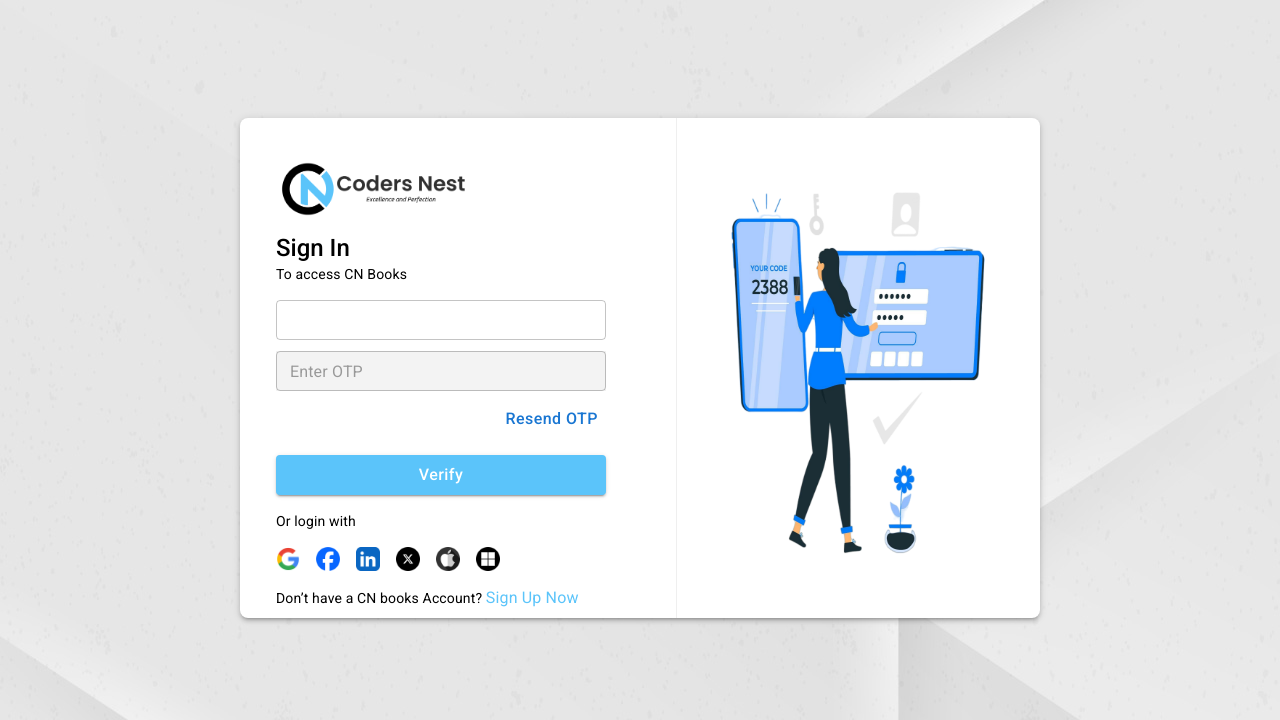
Repository: wajahadalishaik04/CN_Books
Page: /otpscreen
These files come from the project's save history. The page is drawn as it stood at one moment and after the next save; the edit follows.
The browser window is 1280 px wide. The pictures show the whole page.
The project was rebuilt for these pictures with package versions that can differ from the ones it lists, and the page was loaded fresh each time. Also part of the build but not shown: vite.config.js, src/pages/LoginScreen.jsx, src/pages/Signin.jsx, src/pages/SignUp.jsx, src/pages/VerifyScreen.jsx, src/components/Header.jsx, src/components/SideBar.jsx, src/components/Content.jsx and 7 more.

Above is the page before, as saved 2024-09-30 18:10:56.

### index.html
<!DOCTYPE html>
<html lang="en">
  <head>
    <meta charset="UTF-8" />
    <link rel="preconnect" href="https://fonts.googleapis.com" />
    <link rel="preconnect" href="https://fonts.gstatic.com" crossorigin />
    <link
      rel="stylesheet"
      href="https://fonts.googleapis.com/css2?family=Roboto:wght@300;400;500;700&display=swap"
    />

    <meta name="viewport" content="width=device-width, initial-scale=1.0" />
    <title>CN_BOOKS</title>
  </head>
  <body>

    <div id="root"></div>
    <script type="module" src="/src/main.jsx"></script>
  </body>
</html>

### src/main.jsx
import { createRoot } from 'react-dom/client'
import App from './App.jsx'
import { Provider } from 'react-redux'
import store from './store/store.js'
import './styles/index.css'
createRoot(document.getElementById('root')).render(
 <Provider store={store}>
   <App />
 </Provider>
)

### src/App.jsx
import React from "react";
import LoginScreen from "./pages/LoginScreen";
import { BrowserRouter, Routes, Route, Navigate } from "react-router-dom";
import Signin from "./pages/Signin";
import { useSelector } from "react-redux";
import OtpScreen from "./pages/OtpScreen";
import SignUp from "./pages/SignUp";
import VerifyScreen from "./pages/VerifyScreen";
import DashboardScreen from "./pages/DashboardScreen";
import SideBar from "./components/SideBar";
import Header from "./components/Header";
import Customer from "./pages/Customer";
import WrapComponent from "./pages/WrapComponent";
import Category from "./pages/Category";
import NewCustomer from "./pages/customerscreens/NewCustomer";

const App = () => {
  const { user } = useSelector((e) => e.userReducer);
  return (
    <>
      <BrowserRouter>
        <Routes>
          <Route element={<WrapComponent />}>
            <Route path="/dashboardscreen" element={<DashboardScreen />} />
            <Route path="/customer" element={<Customer />} />
            <Route path="/category" element={<Category />} />
            <Route path="/newcustomer" element={<NewCustomer />} />

          </Route>
          <Route
            path="/"
            element={<Navigate to={user ? "/signin" : "/LoginScreen"} />}
          />
          <Route
            path="/signin"
            element={user ? <Navigate to={"/dashboardscreen"} /> : <Signin />}
          />
          <Route path="/loginscreen" element={<LoginScreen />} />
          <Route path="/otpscreen" element={<OtpScreen />} />
          <Route path="/signup" element={<SignUp />} />
          <Route path="/verifyscreen" element={<VerifyScreen />} />
        </Routes>
      </BrowserRouter>
    </>
  );
};

export default App;

### src/store/store.js
import { configureStore } from "@reduxjs/toolkit";
import { userReducer } from "./reducer";

const store = configureStore({
    reducer:{userReducer}
})
export default store;

### src/styles/index.css
*
{
    margin: 0;
    padding: 0;
    border: none;

}
.img
{
    background-color: red;
    background-clip: content-box;
    -webkit-background-clip: content-box;
    visibility: hidden;
}

### src/pages/OtpScreen.jsx
import React, { useState, useEffect } from "react";
import {
  Box,
  Button,
  TextField,
  Typography,
  Snackbar,
  Alert,
  styled,
} from "@mui/material";
import { images } from "../utils/ImgUtils";
import { Link, useLocation, useNavigate } from "react-router-dom";

const OtpScreen = () => {
  const [otp, setOtp] = useState(""); // Store entered OTP
  const [sentOtp, setSentOtp] = useState(""); // Store generated OTP
  const [error, setError] = useState(""); // Store error messages
  const [resendDisabled, setResendDisabled] = useState(false); // Timer control for Resend OTP button
  const [snackbarOpen, setSnackbarOpen] = useState(false); // Snackbar control
  const [snackbarMessage, setSnackbarMessage] = useState(""); // Snackbar message
  const [successSnackbarOpen, setSuccessSnackbarOpen] = useState(false); // Success Snackbar
  const [timer, setTimer] = useState(0); // Timer state for Resend button

  const navigate = useNavigate();
  const location = useLocation();
  const { emailMobile } = location.state || {};

  // Styled Resend Button
  const ResendOtp = styled(Button)({
    textTransform: "none",
    fontSize: "1rem",
  });

  // Function to generate OTP
  const generateOtp = () => {
    const randomOtp = Math.floor(100000 + Math.random() * 900000).toString(); // Generate a 6-digit OTP
    setSentOtp(randomOtp); // Store the OTP
    return randomOtp;
  };

  // Function to show snackbar
  const handleSnackbarOpen = (message) => {
    setSnackbarMessage(message);
    setSnackbarOpen(true);
  };

  const handleSnackbarClose = () => {
    setSnackbarOpen(false);
  };

  const handleSuccessSnackbarClose = () => {
    setSuccessSnackbarOpen(false);
  };

  // Function to send OTP (called on "Sent" button click)
  const sendOtp = () => {
    const otp = generateOtp(); // Generate OTP locally
    handleSnackbarOpen(`OTP: ${otp}`); // Show OTP in snackbar
  };

  // Resend OTP with 30-second timer
  const handleResendOtp = () => {
    sendOtp(); // Generate and display the OTP
    setResendDisabled(true);
    setTimer(30); // Set the countdown timer to 30 seconds
  };

  // Timer countdown for the Resend button
  useEffect(() => {
    if (timer > 0) {
      const countdown = setInterval(() => {
        setTimer((prev) => prev - 1);
      }, 1000);

      return () => clearInterval(countdown);
    } else {
      setResendDisabled(false); // Enable the Resend button after timer ends
    }
  }, [timer]);

  // Handle OTP submission and verification
  const handleSubmit = () => {
    if (!otp) {
      setError("OTP is required."); // Show error if no OTP is entered
    } else if (otp !== sentOtp) {
      setError("Invalid OTP. Please try again.");
    } else {
      setError(""); // Clear error on successful OTP
      setSuccessSnackbarOpen(true); // Show success message
      setTimeout(() => {
        navigate("/dashboardscreen"); // Navigate to the next screen after success
      }, 2000); // Delay navigation to show the success message
    }
  };

  return (
    <Box
      display="flex"
      justifyContent="center"
      alignItems="center"
      width="100%"
      height="100vh"
      sx={{ backgroundImage: "url(/images/BackgroundImg.jpeg)" }}
    >
      <Box
        display="flex"
        bgcolor="#fff"
        boxShadow={3}
        marginTop={2}
        borderRadius="8px"
        overflow="hidden"
        width="800px"
        height="500px"
      >
        {/* Left Side - OTP Form */}
        <Box flex={1} p={4.5} mt={1} component={"form"}>
          <Box flex={1} sx={{ width: "330px" }}>
            <Box
              display="flex"
              justifyContent="space-between"
              alignItems="center"
            >
              <img
                src={images.codersnestLogo}
                alt="Logo"
                style={{ width: 200 }}
              />
            </Box>
            <Typography variant="h5" fontWeight={500} mt={2}>
              Sign In
            </Typography>
            <Typography variant="body2" color="default" mb={2}>
              To access CN Books
            </Typography>

            <TextField
              sx={{ marginBottom: 1.4 }}
              size="small"
              fullWidth
              defaultValue={emailMobile}
              InputProps={{ readOnly: true }} // Read-only input for email/mobile
            />

            <TextField
              size="small"
              type="text"
              placeholder="Enter OTP"
              fullWidth
              value={otp}
              onChange={(e) => setOtp(e.target.value)}
              sx={{
                fontWeight: "500",
                backgroundColor: "#F3F3F3",
                "&:hover": {
                  backgroundColor: "#FFF",
                },
                "& .MuiOutlinedInput-root": {
                  "&.Mui-focused": {
                    backgroundColor: "#EBF9FF",
                    borderColor: "#5BC4FA",
                  },
                },
              }}
              error={!!error} // Show error if there is any
              helperText={error}
            />

            {/* Resend OTP button with timer */}
            <Box sx={{ display: "flex", justifyContent: "flex-end", mt: 1 }}>
              <ResendOtp onClick={handleResendOtp} disabled={resendDisabled}>
                Resend OTP {resendDisabled && `(${timer}s)`}
              </ResendOtp>
            </Box>

            {/* Verify Button */}
            <Button
              onClick={handleSubmit}
              variant="contained"
              fullWidth
              sx={{
                backgroundColor: "#5BC4FA",
                mt: 2,
                textTransform: "none",
                fontSize: "1rem",
              }}
            >
              Verify
            </Button>
            <Typography variant="body2" color="#000000" mt={2}>
              Or login with
            </Typography>
            {/* Social Icons */}
            <Box display="flex" justifyContent="flex-start" gap={2} mt={2}>
              <img src={images.googleicon} width={24} alt="googleicon" />
              <img src={images.facebookicon} width={24} alt="facebookicon" />
              <img src={images.linkedinicon} width={24} alt="linkedinicon" />
              <img src={images.xicon} width={24} alt="xicon" />
              <img src={images.appleicon} width={24} alt="appleicon" />
              <img src={images.windowsicon} width={24} alt="windowsicon" />
            </Box>
            <Typography variant="body2" sx={{ fontWeight: 400 }} mt={2}>
              Don’t have a CN books Account?{" "}
              <Link
                to={"/signup"}
                style={{
                  color: "#5BC4FA",
                  fontSize: "1rem",
                  textDecoration: "none",
                }}
              >
                Sign Up Now
              </Link>
            </Typography>

            {/* Snackbar for OTP display */}
            <Snackbar
              open={snackbarOpen}
              autoHideDuration={3000}
              onClose={handleSnackbarClose}
              anchorOrigin={{ vertical: "top", horizontal: "center" }}
            >
              <Alert
                onClose={handleSnackbarClose}
                severity="info"
                sx={{ width: "100%" }}
              >
                {snackbarMessage}
              </Alert>
            </Snackbar>

            {/* Success Snackbar for OTP verification */}
            <Snackbar
              open={successSnackbarOpen}
              autoHideDuration={3000}
              onClose={handleSuccessSnackbarClose}
              anchorOrigin={{ vertical: "top", horizontal: "center" }}
            >
              <Alert
                onClose={handleSuccessSnackbarClose}
                severity="success"
                sx={{ width: "100%" }}
              >
                Sign in was successfully completed!
              </Alert>
            </Snackbar>
          </Box>
        </Box>
        <Box sx={{ borderRight: "1.5px solid #EFEFEF" }}></Box>

        {/* Right Side - Illustration Image */}
        <Box
          flex={1}
          display="flex"
          justifyContent="center"
          alignItems="center"
          sx={{ display: { xs: "none", sm: "flex" } }}
        >
          <img
            src={images.otpImg}
            alt="Illustration"
            width="100%"
            height="100%"
            objectFit
          />
        </Box>
      </Box>
    </Box>
  );
};

export default OtpScreen;

### src/store/reducer.js
import { createReducer } from "@reduxjs/toolkit";

export const userReducer = createReducer({user:null},(builder)=>
{
    builder.addCase("loginUser",(state,action)=>
    {
        state.user = action.payload
    })
})

### src/utils/ImgUtils.js
export const images ={
    backgroundImg:"./images/BackgroundImg.jpeg",
    codersnest:"./images/codersnest.png",
    codersnestLogo:"./images/codersnest1.png",
    loginImg:"./images/login_illustration.png",
    otpImg:"./images/otpImg.png",
    signupImg:"./images/signup.png",
    googleicon:"./images/google-color-icon.png",
    facebookicon:"./images/facebook-round-color-icon.png",
    linkedinicon:"./images/linkedin-app-icon.png",
    xicon:"./images/x-social-media-round-icon.png",
    officemanImg:"./images/officeman.png",
    appleicon:"./images/apple.png",
    windowsicon:"./images/windows.png",
    Arrowdownicon:"./images/Arrowdown.png",
    Customericon:"./images/Customer.png",
    Addressicon:"./images/Address.png",
    Passwordicon:"./images/Password.png",
    Accounticon:"./images/Account.png",
    Logouticon:"./images/Logout.png",
    dashboardwhiteicon:"./images/DashboardWhiteIcon.png",
    dashboardicon:"./images/DashboardIcon.png",
    groupcustomericon:"./images/GroupCustomerIcon.png",
    groupcustomerwhiteicon:"./images/GroupCustomerWhiteIcon.png",
    categoryicon:"./images/categoryicon.png",
    categorywhiteicon:"./images/CategoryWhiteIcon.png",
    editicon:"./images/EditIcon.png",
    binicon:"./images/EditIcon.png",
    editicon:"./images/BinIcon.png",
    hiddenicon:"./images/HiddenIcon.png",
    verticaldoticon:"./images/VerticalDots.png",
    dollararrowicon:"./images/dollarArrow.png",
    doticon:"./images/dotIcon.png"
}

After the next save:
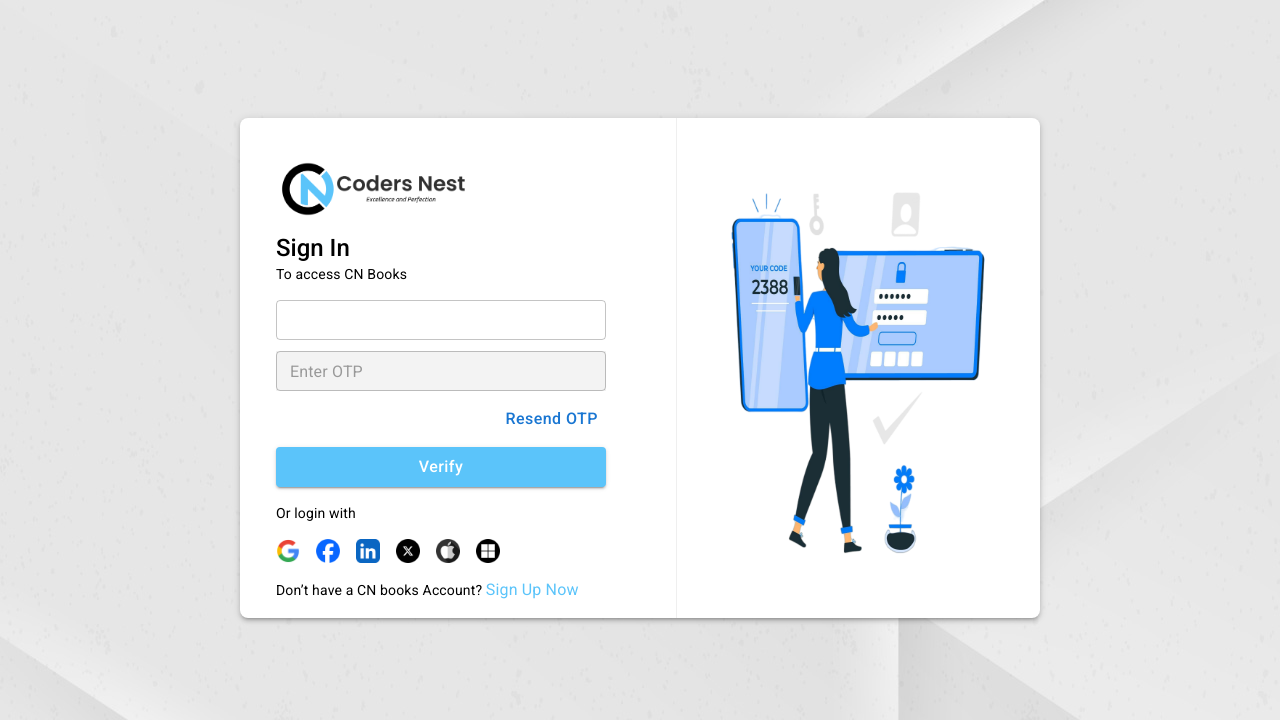
Saved 85 s later.
--- a/src/pages/OtpScreen.jsx
+++ b/src/pages/OtpScreen.jsx
@@ -179,7 +179,7 @@
               fullWidth
               sx={{
                 backgroundColor: "#5BC4FA",
-                mt: 2,
+                mt: 1,
                 textTransform: "none",
                 fontSize: "1rem",
               }}
